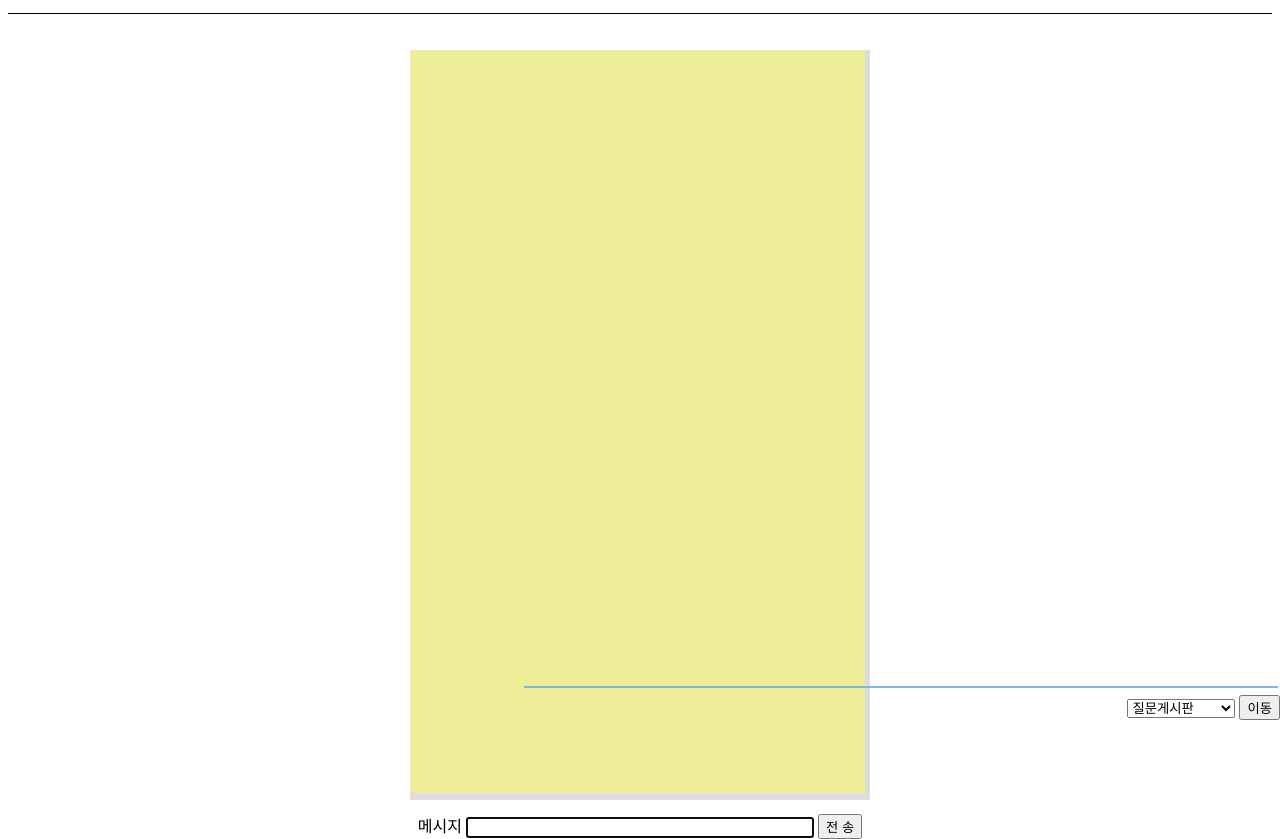
Repository: kalmia26/Capstone
Page: LectureSystem/WebContent/chat_client.html
These files come from the project's save history. The page is drawn as it stood at one moment and after the next save; the edit follows.
The browser window is 1280 px wide. The pictures show the whole page.

Above is the page before, as saved 2017-05-24 02:05:28.

After the next save:
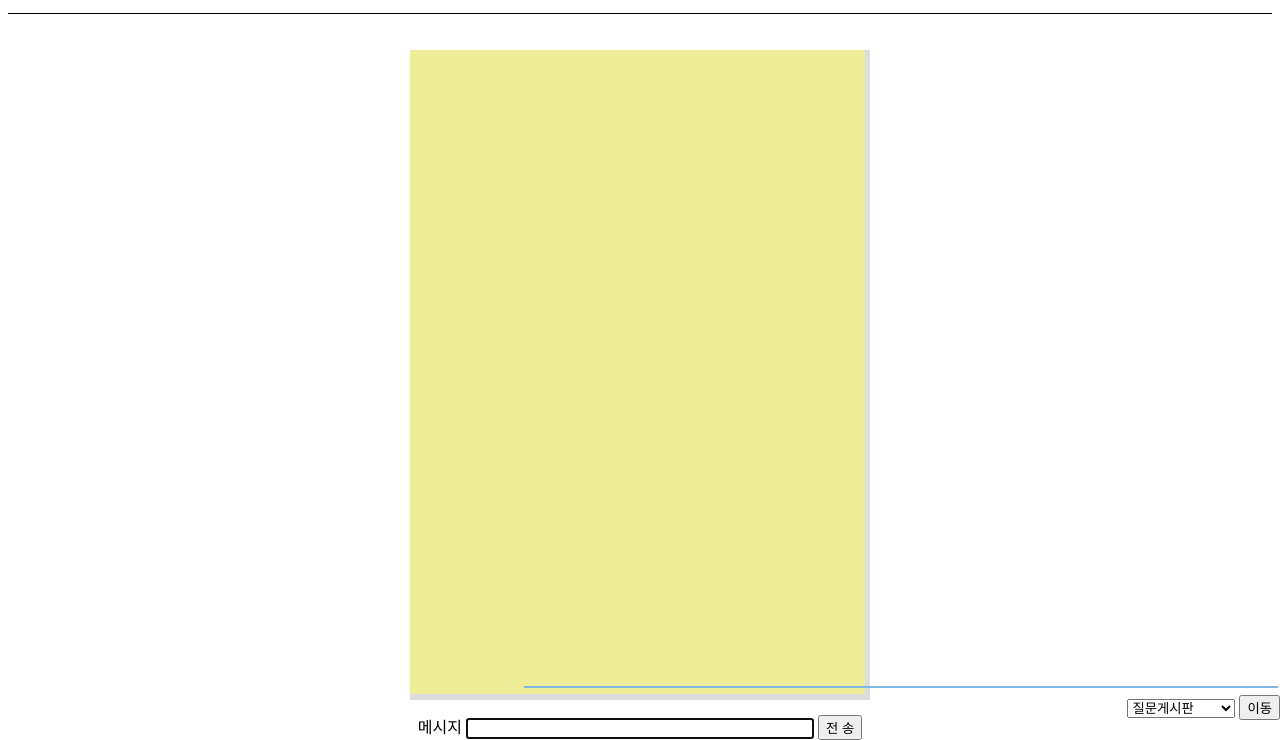
Saved 5 s later.
--- a/LectureSystem/WebContent/chat_client.html
+++ b/LectureSystem/WebContent/chat_client.html
@@ -103,7 +103,7 @@
   div.outer {
    background-color:#dddddd;
    border-color 1px solid black;
-   width:460px; height:750px;
+   width:460px; height:650px;
    text-align: center;
   }
   input.chatbox { width:340px; }

After the save that followed:
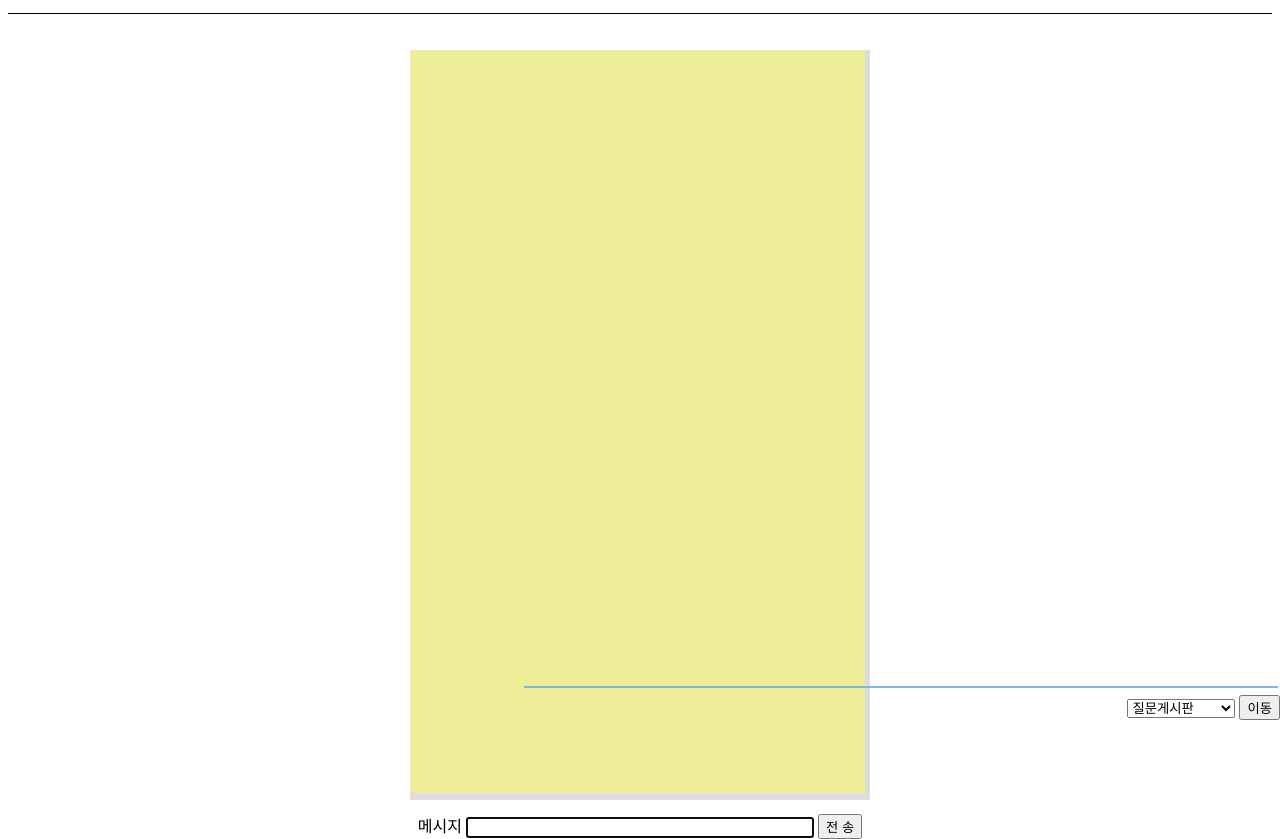
Saved 10 s later.
--- a/LectureSystem/WebContent/chat_client.html
+++ b/LectureSystem/WebContent/chat_client.html
@@ -103,7 +103,7 @@
   div.outer {
    background-color:#dddddd;
    border-color 1px solid black;
-   width:460px; height:650px;
+   width:460px; height:750px;
    text-align: center;
   }
   input.chatbox { width:340px; }
